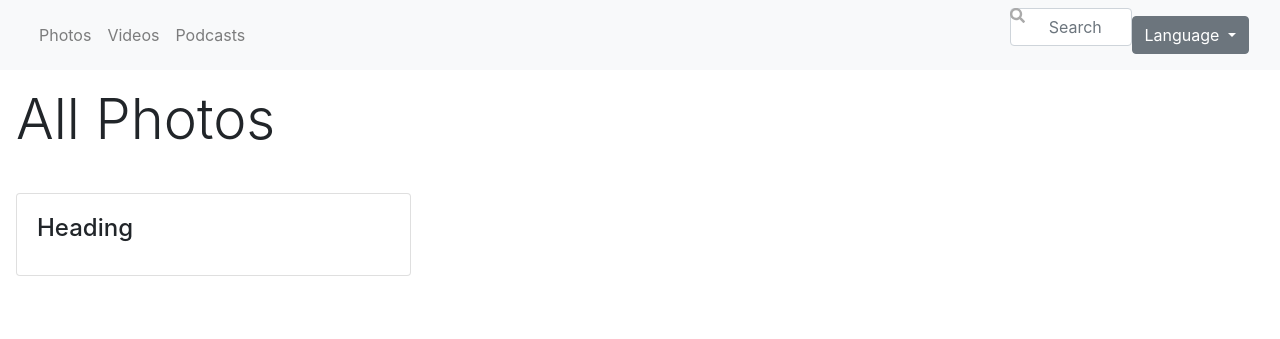
Repository: AlisaSkryp/photoblog
Page: index.html
The author's editor kept a copy of each file at every save. The page is drawn from the files as they stood at one save, then again after a run of saves.
The browser window is 1280 px wide. The pictures show the whole page.
Some web libraries are served in a nearby version.

Above is the page before, as saved 2023-04-09 20:20:55.

### index.html
<!DOCTYPE html>
<html lang="en">
<head>
	<meta charset="utf-8">
	<meta name="viewport" content="width=device-width, initial-scale=1">
	<title>Complete Bootstrap 4 Website Layout</title>
	<link rel="stylesheet" href="https://maxcdn.bootstrapcdn.com/bootstrap/4.0.0/css/bootstrap.min.css">
	<script src="https://ajax.googleapis.com/ajax/libs/jquery/3.3.1/jquery.min.js"></script>
	<script src="https://cdnjs.cloudflare.com/ajax/libs/popper.js/1.12.9/umd/popper.min.js"></script>
	<script src="https://maxcdn.bootstrapcdn.com/bootstrap/4.0.0/js/bootstrap.min.js"></script>
	<script src="https://use.fontawesome.com/releases/v5.0.8/js/all.js"></script>
	<link href="style.css" rel="stylesheet">
</head>
<body>

<!-- Navigation -->
<nav class="navbar navbar-expand-md navbar-light bg-light sticky-top">
 <div class="container-fluid">
  <button class="navbar-toggler" type="button" data-toggle="collapse" data-target="#navbarResponsive">
		<span class="navbar-toggler-icon"></span>
	</button>
	<div class="collapse navbar-collapse" id="navbarResponsive">
		<ul class="navbar-nav">
			<li class="nav-item">
			  <a class="nav-link" href="#">Photos</a>
			</li>
			<li class="nav-item">
			  <a class="nav-link" href="#">Videos</a>
			</li>
			<li class="nav-item">
			  <a class="nav-link" href="#">Podcasts</a>
			</li>
		</ul>
	</div>
	<div class="search-container">
	 <div class="form-group has-search">
    <span class="fa fa-search form-control-feedback"></span>
    <input type="text" class="form-control" placeholder="Search">
   </div>
	</div>
	<div class="dropdown">
		<button class="btn btn-secondary dropdown-toggle" type="button" id="dropdownMenuButton" data-toggle="dropdown" aria-haspopup="true" aria-expanded="false">
			Language
		</button>
		<div class="dropdown-menu" aria-labelledby="dropdownMenuButton">
			<a class="dropdown-item" href="#">English</a>
			<a class="dropdown-item" href="#">Spanish</a>
			<a class="dropdown-item" href="#">French</a>
		</div>
	</div>

 </div>
</nav>

<!--- Image Slider -->


<!--- Jumbotron -->


<!--- Welcome Section -->


<!--- Three Column Section -->


<!--- Two Column Section -->


<!--- Fixed background -->


<!--- Emoji Section -->


<!--- Meet the team -->
<div class="container-fluid padding">
	<div class="row welcome text-left">
		<div class="col-12">
			<h1 class="display-4">All Photos</h1>
		</div>
	</div>
</div>

<!--- Cards -->
<div class="container-fluid padding">
	<div class="row padding">
		<div class="col-md-4">
			<div class="card">
				<img class="card-img-top" src="">
				<div class="card-body">
					<h4 class="card-title">Heading</h4>
					<p class="card-text"></p>
				</div>
			</div>
		</div>
	</div>
</div>

<!--- Two Column Section -->


<!--- Connect -->


<!--- Footer -->




</body>
</html>

### style.css
@import url('https://fonts.googleapis.com/css?family=Poppins:400,500,700');











/*---Media Queries --*/
@media (max-width: 992px) {

  }
@media (max-width: 768px) {

}
@media (max-width: 576px) {

}

.search-container {
	width: 10%;
	margin: 0px auto;
}
.has-search .form-control {
	padding-left: 2.375rem;
}

.has-search .form-control-feedback {
	position: absolute;
	z-index: 2;
	display: block;
	width: 15px;
	height: 15px;
	line-height: 15px;
	text-align: center;
	pointer-events: none;
	color: #aaa;
}
/*---Firefox Bug Fix --*/
.carousel-item {
  transition: -webkit-transform 0.5s ease;
  transition: transform 0.5s ease;
  transition: transform 0.5s ease, -webkit-transform 0.5s ease;
  -webkit-backface-visibility: visible;
  backface-visibility: visible;
}
/*--- Fixed Background Image --*/
figure {
  position: relative;
  width: 100%;
  height: 60%;
  margin: 0!important;
}
.fixed-wrap {
  clip: rect(0, auto, auto, 0);
  position: absolute;
  top: 0;
  left: 0;
  width: 100%;
  height: 100%;
}
#fixed {
  background-image: url('img/mac.png');
  position: fixed;
  display: block;
  top: 0;
  left: 0;
  width: 100%;
  height: 100%;
  background-size: cover;
  background-position: center center;
  -webkit-transform: translateZ(0);
          transform: translateZ(0);
  will-change: transform;
}
/*--- Bootstrap Padding Fix --*/
[class*="col-"] {
    padding: 1rem;
}





/*
Extra small (xs) devices (portrait phones, less than 576px)
No media query since this is the default in Bootstrap

Small (sm) devices (landscape phones, 576px and up)
@media (min-width: 576px) { ... }

Medium (md) devices (tablets, 768px and up)
@media (min-width: 768px) { ... }

Large (lg) devices (desktops, 992px and up)
@media (min-width: 992px) { ... }

Extra (xl) large devices (large desktops, 1200px and up)
@media (min-width: 1200px) { ... }
*/

After the next 2 saves:
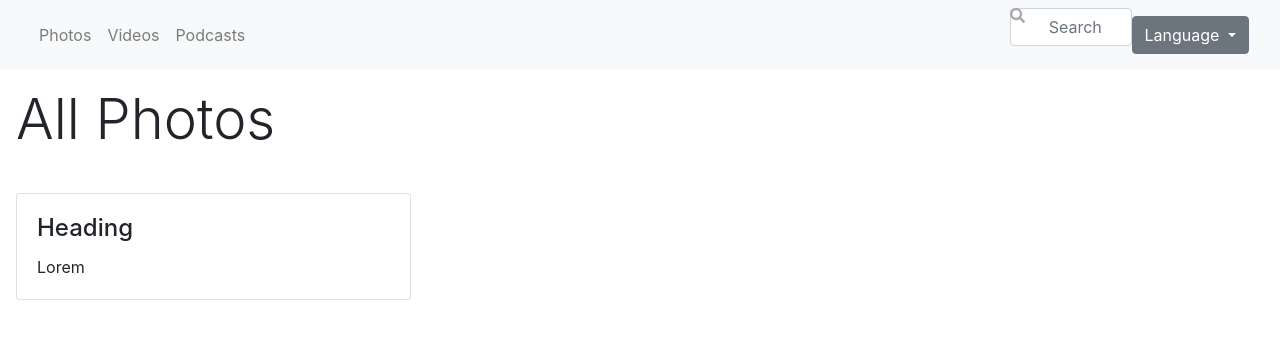
The 2 saves are shown as one change because they came seconds apart.
The last was saved 6 s later.
--- a/index.html
+++ b/index.html
@@ -90,7 +90,7 @@
 				<img class="card-img-top" src="">
 				<div class="card-body">
 					<h4 class="card-title">Heading</h4>
-					<p class="card-text"></p>
+					<p class="card-text">Lorem</p>
 				</div>
 			</div>
 		</div>
